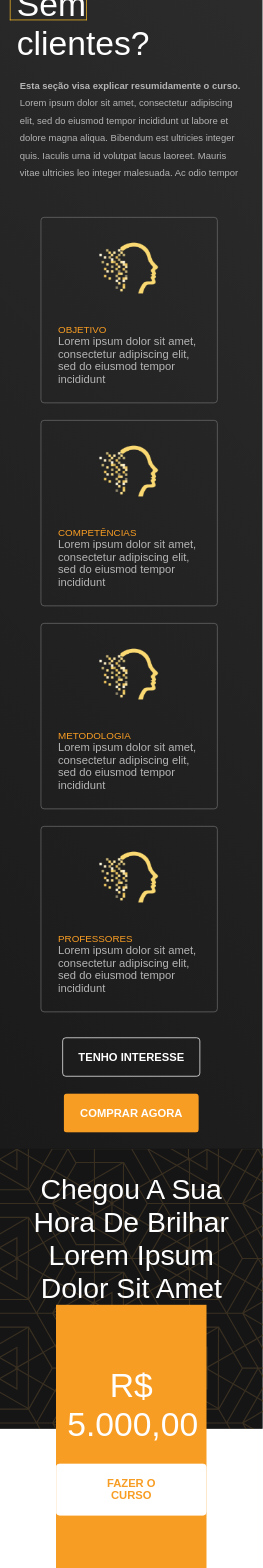
Repository: Rafael-Araujo-dev/Treinamento-Raccoon
Page: Projeto-2/index.html
These files come from the project's save history. The page is drawn as it stood at one moment and after the next save; the edit follows.
The browser window is 375 px wide. The pictures show the part of the page from y = 880 to 3120 px (the page is 3120 px tall before and 3110 px after), at 70% of full size.
Some web fonts or font styles are not loaded; a fallback is used.

Above is the page before, as saved 2021-09-23 11:41:05.

After the next save:
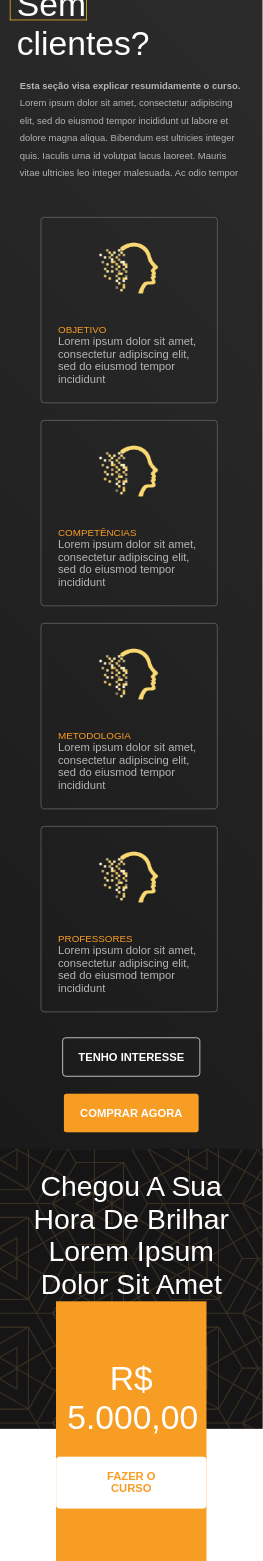
Saved 5 s later.
--- a/Projeto-2/css/style.css
+++ b/Projeto-2/css/style.css
@@ -376,7 +376,7 @@
 @media(max-width: 536px) {
     .take-course .container .text {
         width: 85%;
-        margin-top: 35px;
+        margin-top: 30px;
     }
 }
 

After the save that followed:
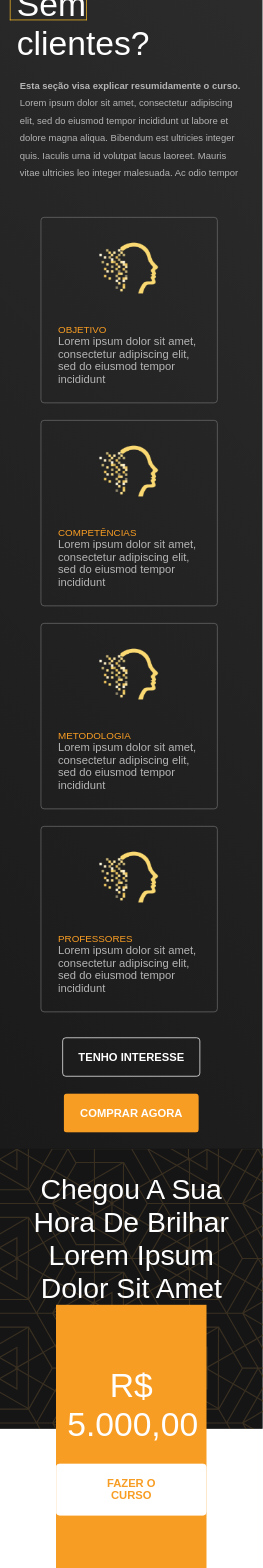
Saved 11 s later.
--- a/Projeto-2/css/style.css
+++ b/Projeto-2/css/style.css
@@ -376,7 +376,7 @@
 @media(max-width: 536px) {
     .take-course .container .text {
         width: 85%;
-        margin-top: 30px;
+        margin-top: 35px;
     }
 }
 
